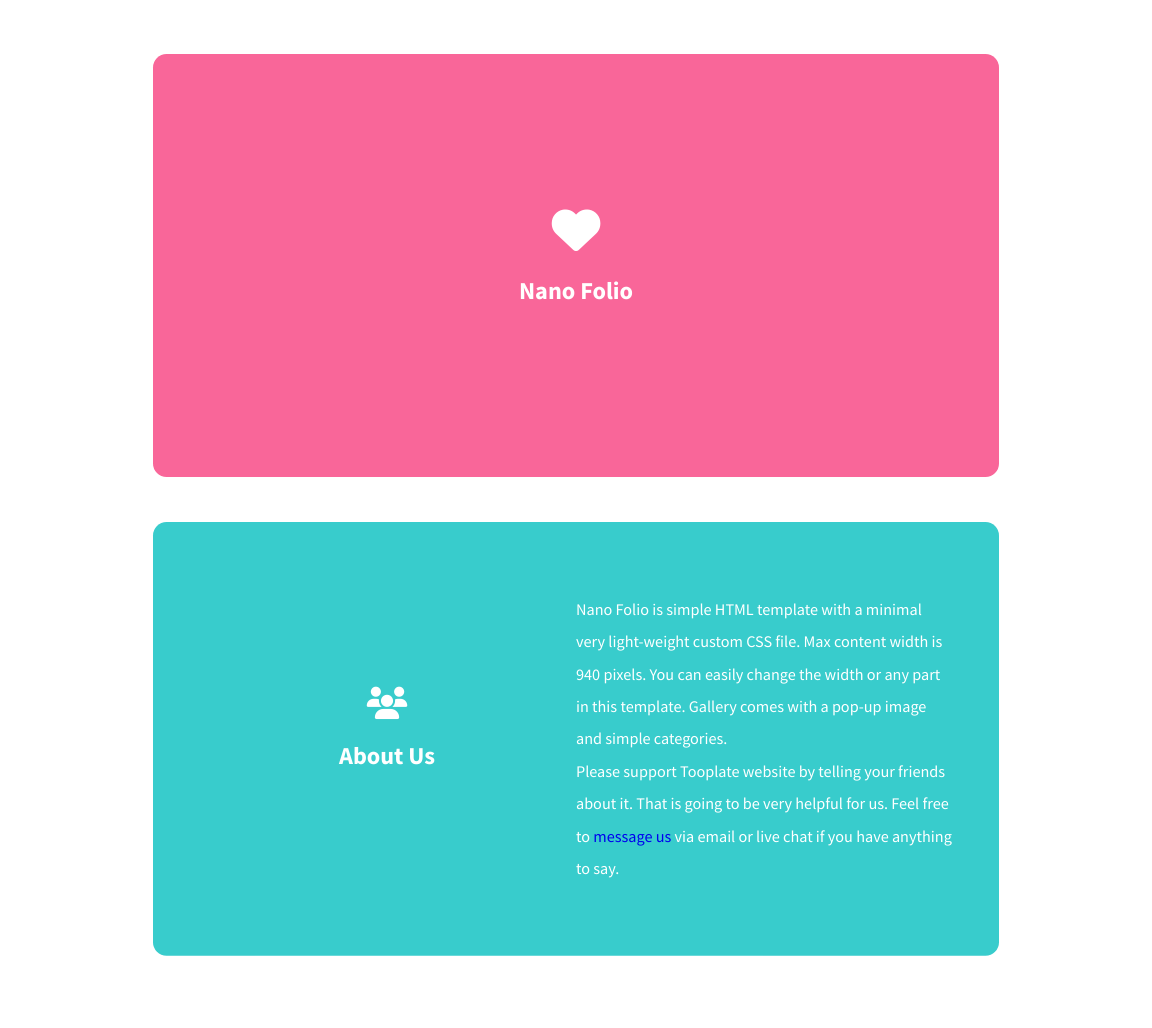
Repository: BuiVanVu102/Tooplate
Page: index.html
These files come from the project's save history. The page is drawn as it stood at one moment and after the next save; the edit follows.
The browser window is 1280 px wide. The pictures show the whole page, at 90% of full size.
Some web libraries are served in a nearby version. The style sheet was rebuilt from its Sass, Less or Tailwind sources for each picture, by a compiler version that may differ from the author's.

Above is the page before, as saved 2021-11-16 10:08:03.

After the next save:
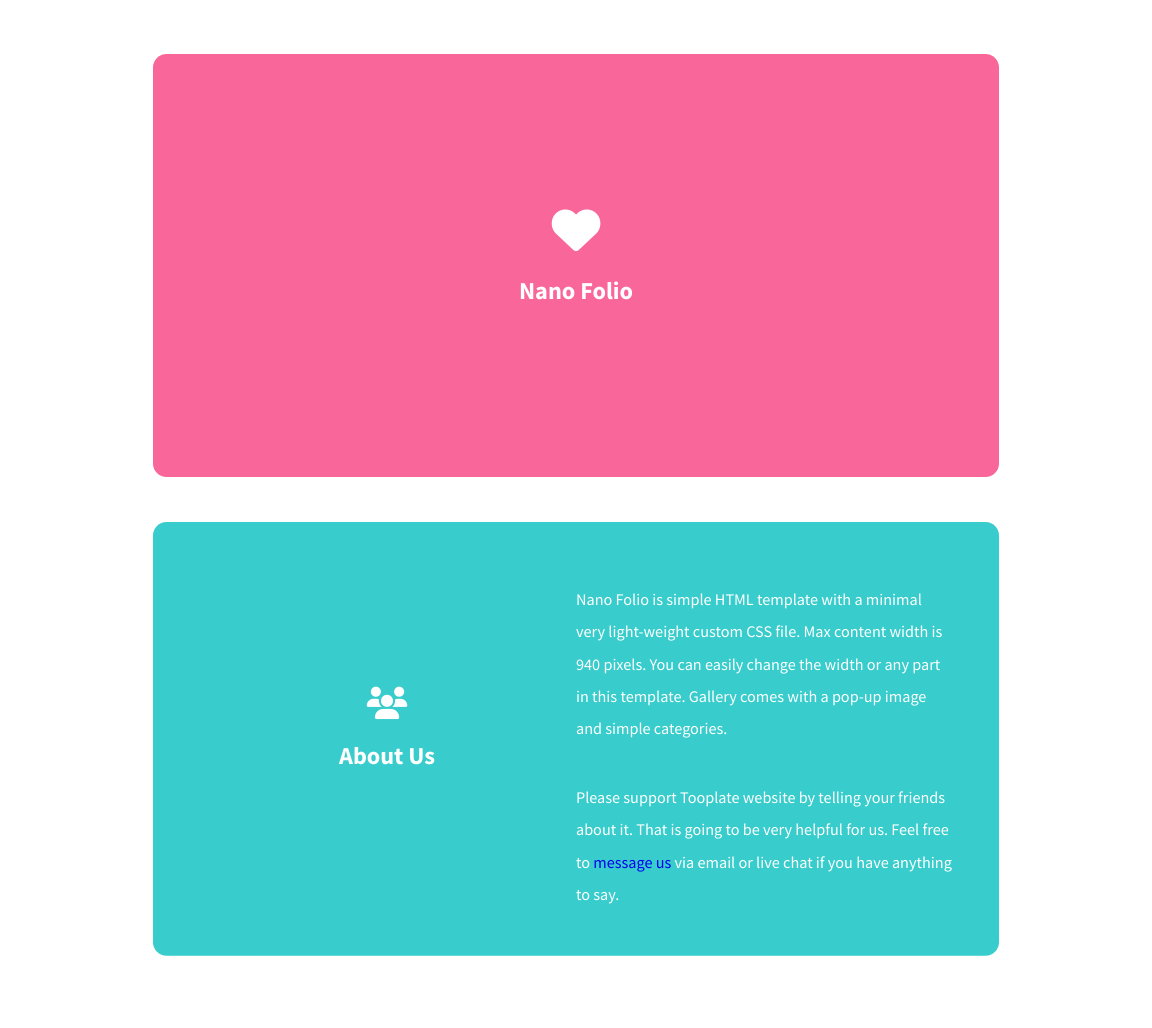
Saved 68 s later.
--- a/sass/_about.scss
+++ b/sass/_about.scss
@@ -36,7 +36,7 @@
 	}
 	&__typography1 {
 		display: block;
-
+		margin: 18px 0 40px;
 	}
 }
 .fa-user:before {
